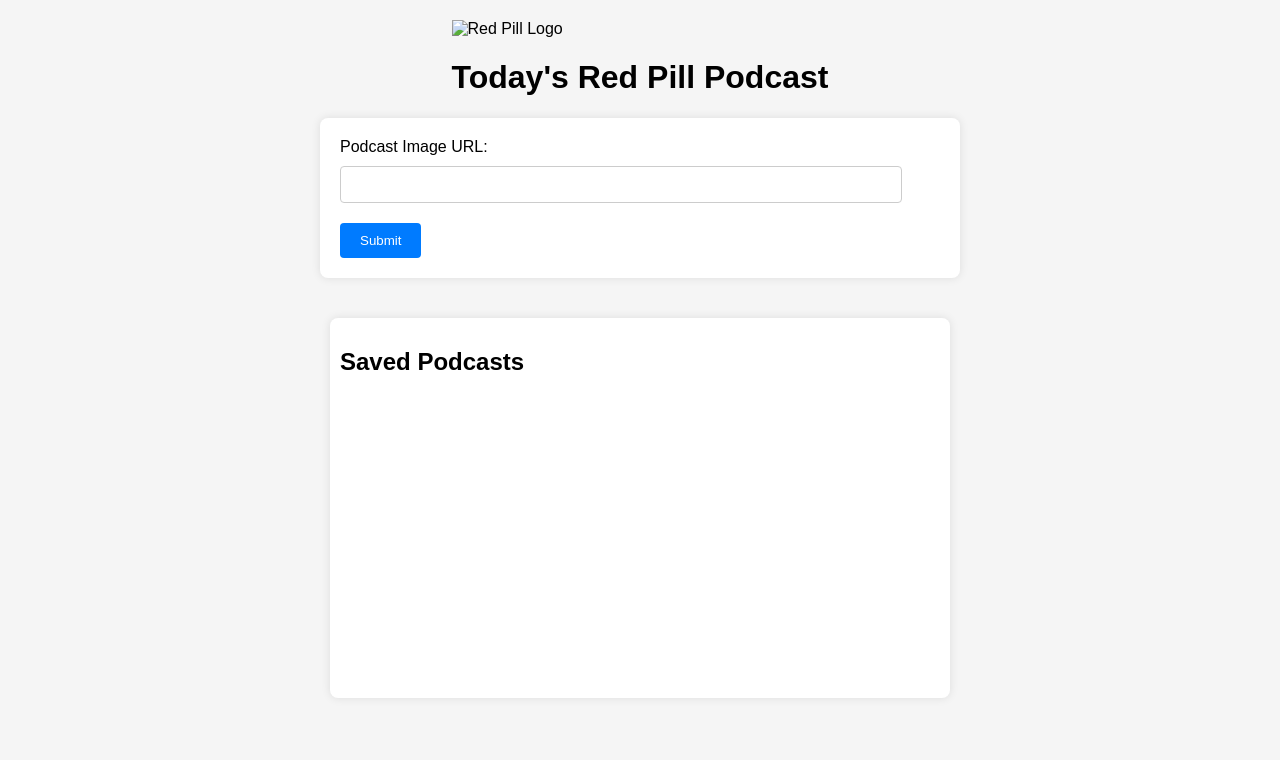
Repository: fechinmitchell/thedailyonepercent
Page: popup.html
An editor plug-in stored every save of this project. The page is shown before and after the next save, followed by the edit.
The browser window is 1280 px wide. The pictures show the whole page.

Above is the page before, as saved 2023-06-22 20:10:57.
Not found: IMAGE_URL_FOR_RED_PILL

### popup.html
<!DOCTYPE html>
<html>
<head>
  <link rel="stylesheet" type="text/css" href="popup.css">
</head>
<body>
  <div id="header">
    <img src="IMAGE_URL_FOR_RED_PILL" alt="Red Pill Logo" id="header-image">
    <h1>Today's Red Pill Podcast</h1>
  </div>
  <div id="podcast-form-wrapper">
    <form id="podcast-form">
      <!-- Your existing form fields here -->
      <label for="imageURL">Podcast Image URL:</label>
      <input type="text" id="imageURL" name="imageURL">
      <!-- More form fields here -->
      <button type="button" id="submit">Submit</button>
    </form>
  </div>
  <div id="podcast-list">
    <h2>Saved Podcasts</h2>
    <ul id="podcast-list-items">
      <!-- Podcast items will be appended here -->
    </ul>
  </div>
  <script src="form.js"></script>
</body>
</html>

### popup.css
body {
  background-color: #f5f5f5;
  font-family: Arial, sans-serif;
  display: flex;
  justify-content: flex-start; /* align items at the start */
  align-items: center;
  height: 100vh;
  margin: 0;
  flex-direction: column; /* arrange items vertically */
  padding: 20px; /* add some padding around the whole body */
  overflow: auto; /* allow scrolling on the whole body if needed */
}

#podcast-form-wrapper, #podcast-list {
  background-color: white;
  padding: 20px;
  border-radius: 8px;
  box-shadow: 0px 0px 10px rgba(0,0,0,0.1);
  width: 80%;
  max-width: 600px;
  margin-bottom: 20px; /* add some space between the form and the list */
}

#podcast-form label {
  display: block;
  margin-bottom: 10px;
}

#podcast-form input {
  width: 90%;
  padding: 10px;
  margin-bottom: 20px;
  border-radius: 4px;
  border: 1px solid #ccc;
}

#podcast-form button {
  background-color: #007BFF;
  color: white;
  border: none;
  border-radius: 4px;
  padding: 10px 20px;
  cursor: pointer;
}

#podcast-form button:hover {
  background-color: #0056b3;
}

#logo {
  width: 50px; /* Adjust this to change the size of the logo */
}

#podcast-list {
  margin-top: 20px;
  padding: 10px;
  height: 50vh; /* Adjust this to change the height of the podcast list */
  overflow-y: auto; /* Enable vertical scrolling for the podcast list */
}

#podcast-list-items li {
  margin-bottom: 10px;
}

.delete-btn {
  margin-left: 10px;
  color: red;
  cursor: pointer;
}

### form.js
function loadPodcasts() {
    var podcastList = document.getElementById('podcast-list-items');
    podcastList.innerHTML = '';  // clear the list

    // load all saved podcasts from local storage
    for (var i = 0; i < localStorage.length; i++) {
        var key = localStorage.key(i);
        var podcast = JSON.parse(localStorage.getItem(key));

        var li = document.createElement('li');
        li.innerText = key + ': ' + podcast.name + ' (' + podcast.link + ')';

        var deleteBtn = document.createElement('span');
        deleteBtn.className = 'delete-btn';
        deleteBtn.innerHTML = '&#10006;'; // X symbol
        deleteBtn.addEventListener('click', deletePodcast.bind(null, key));

        li.appendChild(deleteBtn);
        podcastList.appendChild(li);
    }
}

function deletePodcast(key) {
    localStorage.removeItem(key);
    loadPodcasts(); // Reload the podcast list to reflect the deletion
}

document.getElementById('submit').addEventListener('click', function() {
    var password = document.getElementById('password').value;

    if (password === 'your_password_here') {
        var date = new Date(document.getElementById('date').value);
        var dateString = date.toISOString().slice(0,10); // "YYYY-MM-DD"
        var newPodcastName = document.getElementById('podcastName').value;
        var newPodcastLink = document.getElementById('podcastLink').value;

        // Use the date as the key instead of the current day of the month
        localStorage.setItem(dateString, JSON.stringify({ name: newPodcastName, link: newPodcastLink }));
        alert("Podcast info saved for " + dateString + "!");

        // Reload the podcast list to include the new podcast
        loadPodcasts();
    } else {
        alert("Invalid password!");
    }
});

// Load the saved podcasts when the page is opened
loadPodcasts();

After the next save:
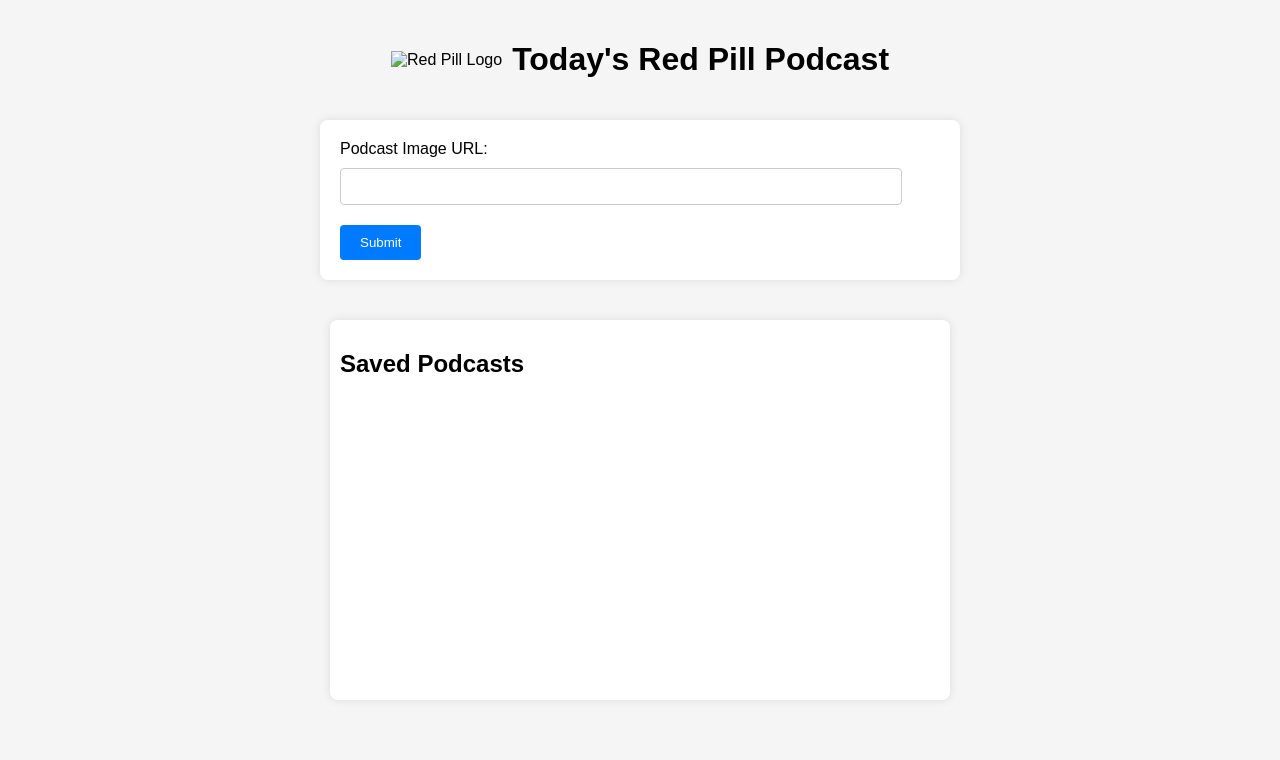
Saved 43 s later.
--- a/popup.css
+++ b/popup.css
@@ -9,6 +9,17 @@ body {
   flex-direction: column; /* arrange items vertically */
   padding: 20px; /* add some padding around the whole body */
   overflow: auto; /* allow scrolling on the whole body if needed */
+}
+
+#header {
+  display: flex;
+  justify-content: center;
+  align-items: center;
+  margin-bottom: 20px;
+}
+
+#header-image {
+  margin-right: 10px;
 }
 
 #podcast-form-wrapper, #podcast-list {
